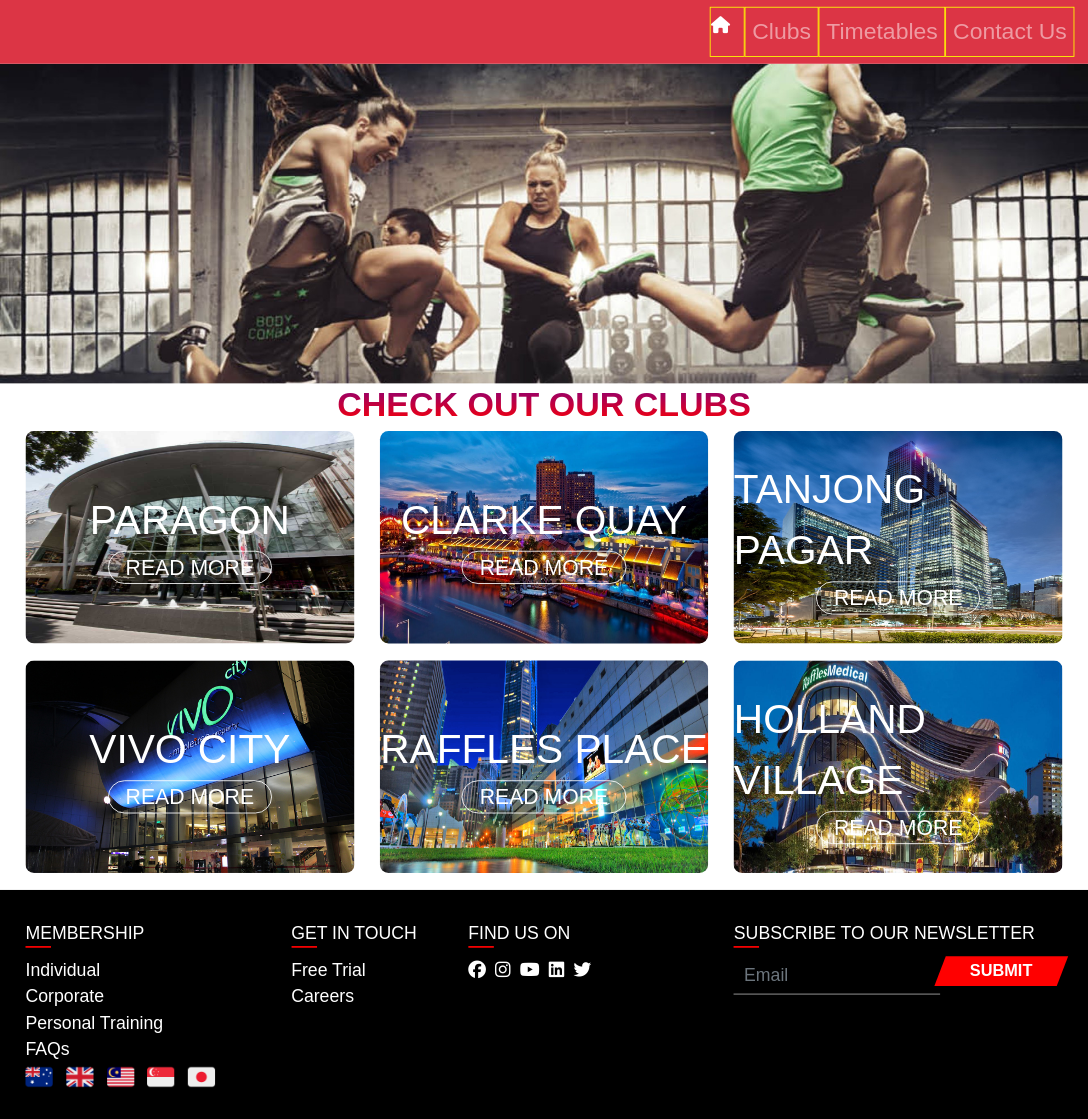
Repository: KJY93/User_Centric_Frontend_Development_Project
Page: clubs.html
The author's editor kept a record of every edit. The page is drawn from the files as they stood at one moment, then again after the next edit.
The browser window is 1280 px wide. The pictures show the whole page, at 85% of full size.
Some web fonts or font styles are not loaded; a fallback is used. Some web libraries are served in a nearby version.

Above is the page before.

After the next edit:
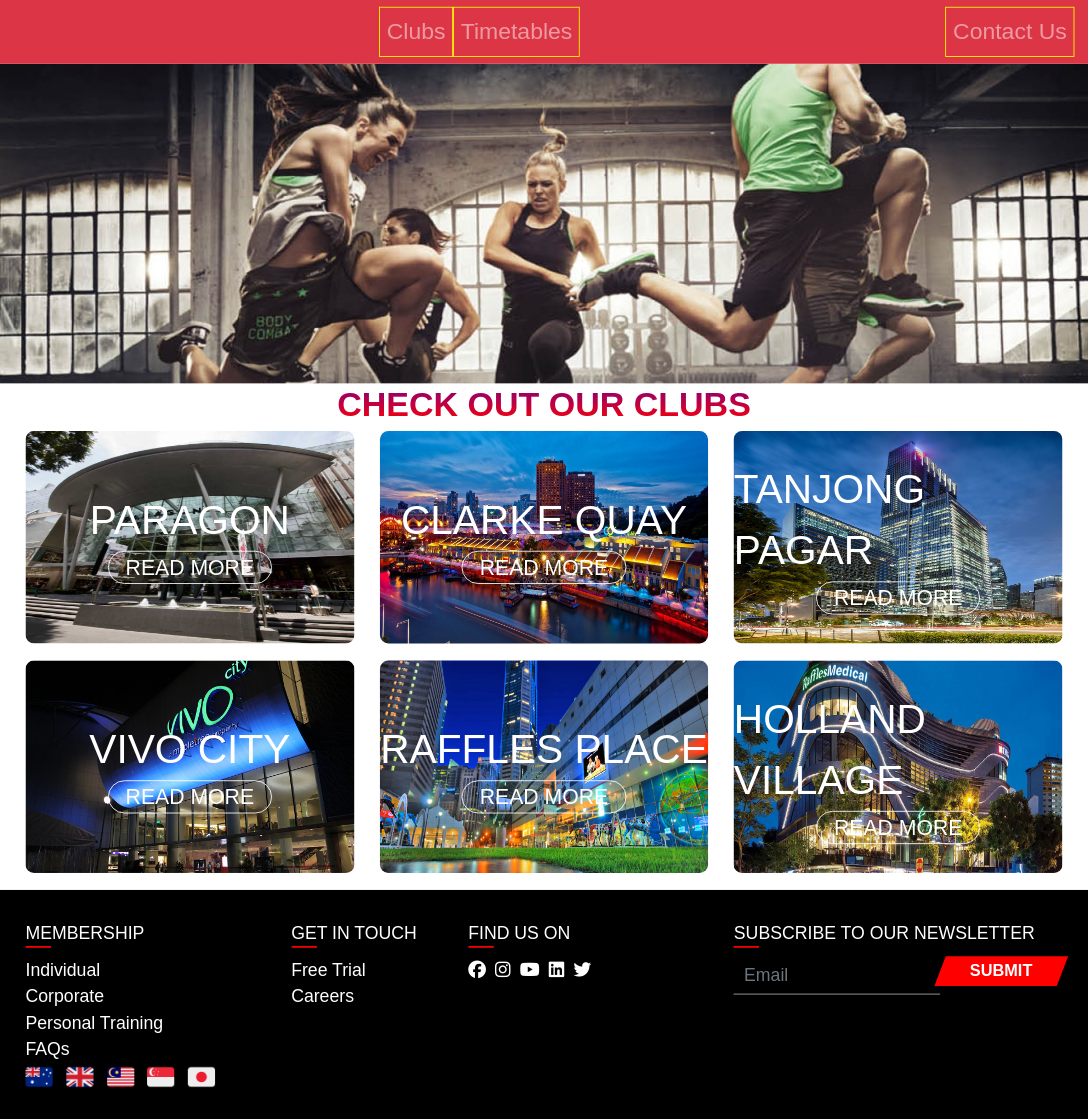
The edit:
--- a/clubs.html
+++ b/clubs.html
@@ -37,9 +37,6 @@
 			    <span class="navbar-toggler-icon"></span>
 			  	</button>
 			  	<div class="collapse navbar-collapse" id="navbarNav">
-			  		<ul class="navbar-nav ml-auto">
-						<li class="nav-item"><a class="navbar-brand nav-status" href="index.html"><span><i class="fas fa-home"></i></span></a></li>
-
 
 			    	<ul class="navbar-nav ml-auto">
 			      		<li class="nav-item">
